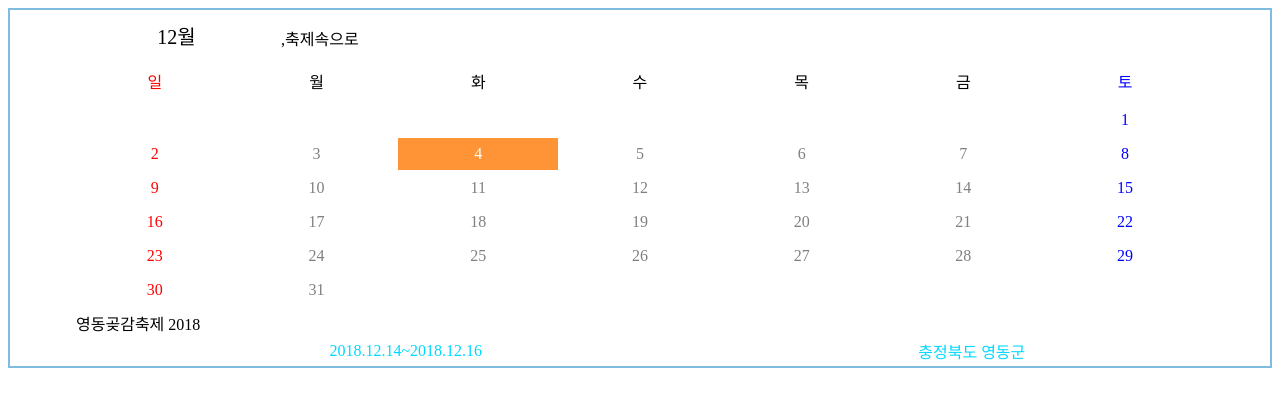
Repository: jih3508/Webproject_Rest
Page: http://localhost/comma1004/include/sideCalendar.jsp
The author's editor kept a copy of each file at every save. The page is drawn from the files as they stood at one save, then again after the next save.
The browser window is 1280 px wide. The pictures show the whole page.
The page is served by Tomcat 9. Nobody is signed in. The application's start-up code is not run.

Above is the page before, as saved 2018-12-04 11:44:00.

After the next save:
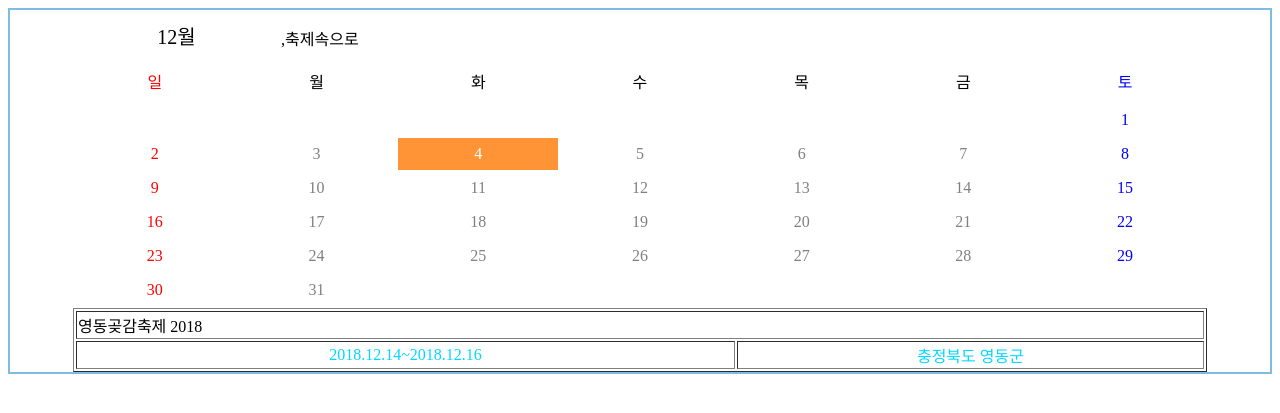
Saved 20 s later.
--- a/comma1004/src/main/webapp/include/sideCalendar.jsp
+++ b/comma1004/src/main/webapp/include/sideCalendar.jsp
@@ -104,7 +104,7 @@
 
     </tr>
 </table>
-<table align="center">
+<table align="center" border="1">
 	<tr>
 		<td colspan="2" align="left">영동곶감축제 2018</td>
 	</tr>
